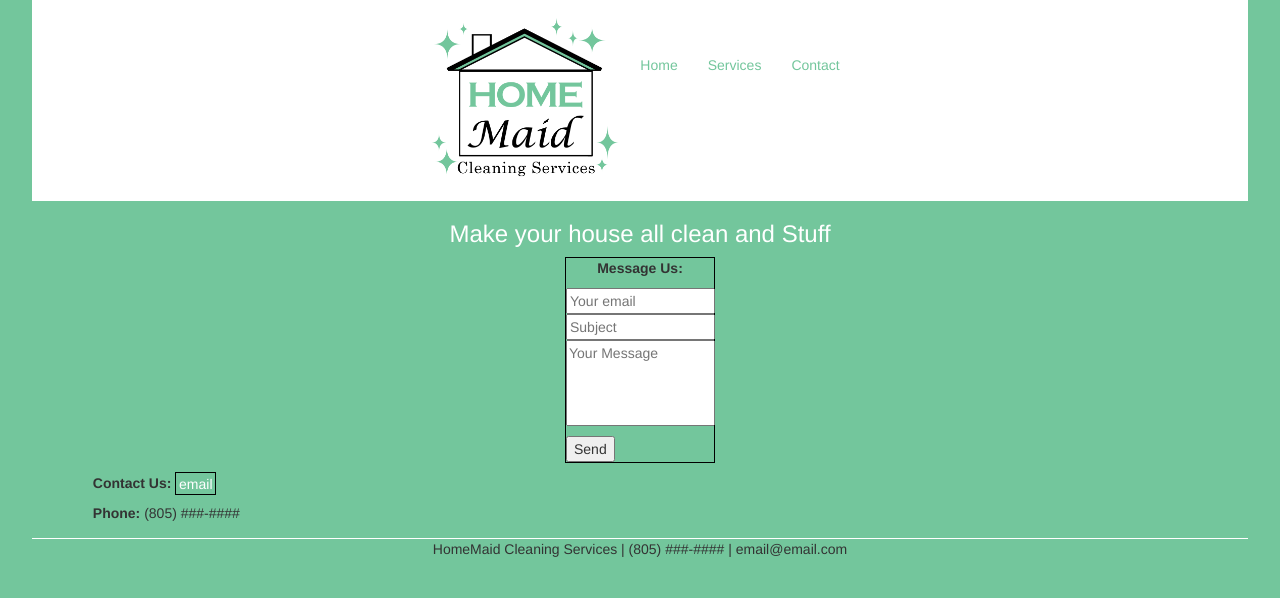
Repository: alprusa/HomeMaid-Cleaning-Service
Page: HomeMaid-Cleaning-Service/contact/index.html
An editor plug-in stored every save of this project. The page is shown before and after the next save, followed by the edit.
The browser window is 1280 px wide. The pictures show the whole page.

Above is the page before, as saved 2016-07-27 02:33:40.

### HomeMaid-Cleaning-Service/contact/index.html
<!DOCTYPE html>
<html lang="en">
	<head>
		<meta charset="utf-8">

		<!-- Always force latest IE rendering engine (even in intranet) & Chrome Frame
		Remove this if you use the .htaccess -->
		<meta http-equiv="X-UA-Compatible" content="IE=edge,chrome=1">

		<title>Contact</title>
		<meta name="description" content="">
		<meta name="author" content="Alisa Prusa">

		<meta name="viewport" content="width=device-width; initial-scale=1.0">

		<!-- Replace favicon.ico & apple-touch-icon.png in the root of your domain and delete these references -->
		<link rel="shortcut icon" href="/favicon.ico">
		<link rel="apple-touch-icon" href="/apple-touch-icon.png">

		<link href="../defaultStyle.css" rel="stylesheet" type="text/css">
		<link href="contact.css" rel="stylesheet" type="text/css">
		<link rel="stylesheet" href="../bootstrap/css/bootstrap.min.css">
	</head>

	<body>
		<div id="mainContainter">
			<!--Navbar html section-->
			<nav class="navbar navbar-static-top" role="navigation">
                <div class="container-fluid">
                	<div class="navbar-header">
                        <!--Button that is created for menu when screen size reaches a certain limit-->
                        <button type="button" class="navbar-toggle" data-toggle="collapse" data-target=".navbar-collapse">
                            <span class="icon-bar"></span>
                            <span class="icon-bar"></span>
                            <span class="icon-bar"></span>
                        </button>
       				 </div>

                    <!--Buttons to go to different pages of the website-->
                    <div class="collapse navbar-collapse" id="navItems">
                        <ul class="nav navbar-nav">
                        	<li>
								<div class="navbar-header">
                        			<!--Logo image button to go make to main page-->
                       				 <a href="../"><img src="../img/HMLogo.png" class="img-responsive" id="logo"/></a>
                       				 <!--<form action="#">
										 <button type="submit" id="appointment" href="#">Make an Appointment</button>
									 </form>-->
                   				 </div>
	                        </li>
                            <li class="navTabs"><a href="../">Home</a></li>
							<li class="navTabs"><a href="../services/">Services</a></li>
							<li class="navTabs"><a href="../contact/">Contact</a></li>
                        </ul>
                    </div>
                </div>
			</nav>

			<div id="bodyContent">
				<h3 style="text-align: center;">Make your house all clean and Stuff</h3>

				<form action="#">
	 				<p style="text-align: center;"><b>Message Us:</b></p>
					<input type="text" class="formBox" name="email" id="email" placeholder="Your email" required><br>
					<input type="text" class="formBox" name="Subject" id="Subject" placeholder="Subject" required><br>
					<textarea type="text" class="formBox" name="Message" rows=4 id="Message" placeholder="Your Message" required></textarea>
					<input id="submitButton" class="gVButton" type="submit" value="Send" style="margin-top: 5px;">
					<p style="color: #E82C0C;" id="errorText" class="hidden">Sorry there was an issue sending your message.</p>
	 			</form>

		        <div class="infoSection">
		        	<p><b>Contact Us:</b>
			        <a id="emails" href="mailto:homemaidcleaningservices@yahoo.com?subject=Golden View Senior Services">
                     	<mark>email</mark>
                     </a></p>
			        <p><b>Phone: </b>(805) ###-####</p>
		        </div>
			</div>

			<footer>
				<p>
					HomeMaid Cleaning Services | (805) ###-#### | email@email.com
				</p>
			</footer>
		</div>

		<script src="../jquery-1.2.0.js"></script>
    	<script src="../bootstrap/js/bootstrap.min.js"></script>
	</body>
</html>

### HomeMaid-Cleaning-Service/defaultStyle.css
body{
	background-color: #73C69C !important;
}

#mainContainter{
	width: 95%;
	margin: auto;
	background-color: #73C69C !important;
}

a{
	color: #73C69C !important;
}

mark{
	color:#FFFFFF !important;
	background-color: #73C69C !important;
	border: 1px #000000 solid;
}

mark:hover{
	color:#73C69C !important;
	background-color: #FFFFFF !important;
	text-decoration: underline;
	text-decoration-color: #000000 !important;
}

h3{
	color: #FFFFFF !important;
}

.navbar{
    background-color: #FFFFFF !important;
    text-align: center;
    float:center;
}

.navbar .navbar-nav {
  display: inline-block;
  float: none;
  vertical-align: top;
}

.navbar .navbar-collapse {
  text-align: center;
}

.navbar .navbar-toggle .icon-bar{
  background-color: #73C69C !important;
}

.navbar .navbar-toggle{
  border-color: #73C69C !important;
}

/*make it so the logo home page button does not have the hover effect that the other buttons have*/
a:hover,
a:focus{
    text-decoration: underline !important;
	color:#FFFFFF !important;
	background-color: #73C69C !important;
	text-decoration-color:#000000 !important;
}

.navTabs{
	padding-top: 40px;
}

#logo{
	margin: auto;
    width:200px;
}

#appointment{
	border-radius:2px;
	background-color: #73C69C !important;
	color:#FFFFF !important;
}

#bodyContent{
	margin: auto;
	float: center;
}

#videoContainer{
	margin: auto;
	float: center;
}

#mainVid{
	margin: auto;
	width: 600px;
	float: center;
}

.infoSection{
	width: 90%;
	margin: auto;
	padding-bottom: 50px;
}

.infoImg{
	width: 200px;
	height: 100px;
	margin: auto;
	border: 2px black solid;
	margin-top: 5px;
}

footer{
	border-top: 1px white solid;
	text-align: center;
}

@media screen and (orientation:portrait)
{
	.navTabs{
		padding: 0;
	}
}

### HomeMaid-Cleaning-Service/contact/contact.css
textarea {
   resize: none;
   margin: auto;
}

form{
	margin: auto;
	width: 150px;
	border: 1px black solid;
}

#submitButton{
	margin: 0 auto;
	float: center;
}

.infoSection{
	padding-top: 10px;
	padding-bottom: 5px;
	margin: auto;
}

.formBox{
	width: 149px;

}

Loaded but not shown: HomeMaid-Cleaning-Service/bootstrap/css/bootstrap.min.css (library); HomeMaid-Cleaning-Service/jquery-1.2.0.js (library); HomeMaid-Cleaning-Service/bootstrap/js/bootstrap.min.js (library)

After the next save:
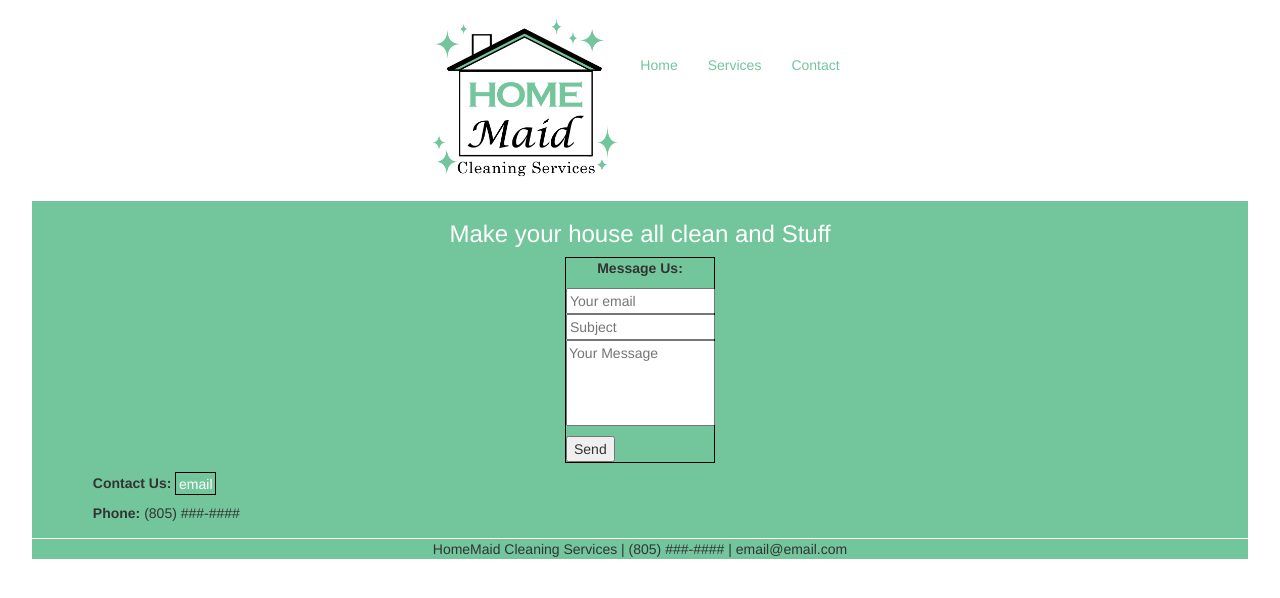
Saved 57 s later.
--- a/HomeMaid-Cleaning-Service/defaultStyle.css
+++ b/HomeMaid-Cleaning-Service/defaultStyle.css
@@ -1,6 +1,4 @@
-body{
-	background-color: #73C69C !important;
-}
+
 
 #mainContainter{
 	width: 95%;
